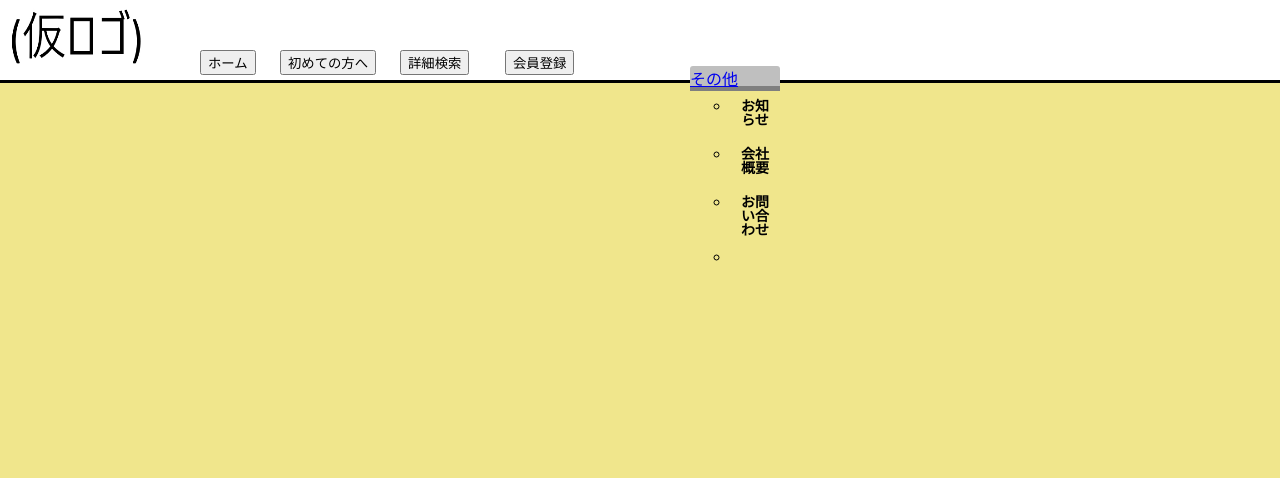
Repository: k0816/backup-master
Page: http://localhost/cycle/includeHeader.jsp
These files come from the project's save history. The page is drawn as it stood at one moment and after the next save; the edit follows.
The browser window is 1280 px wide. The pictures show the whole page.
The page is served by Tomcat 9.

Above is the page before, as saved 2018-01-18 05:10:16.

After the next save:
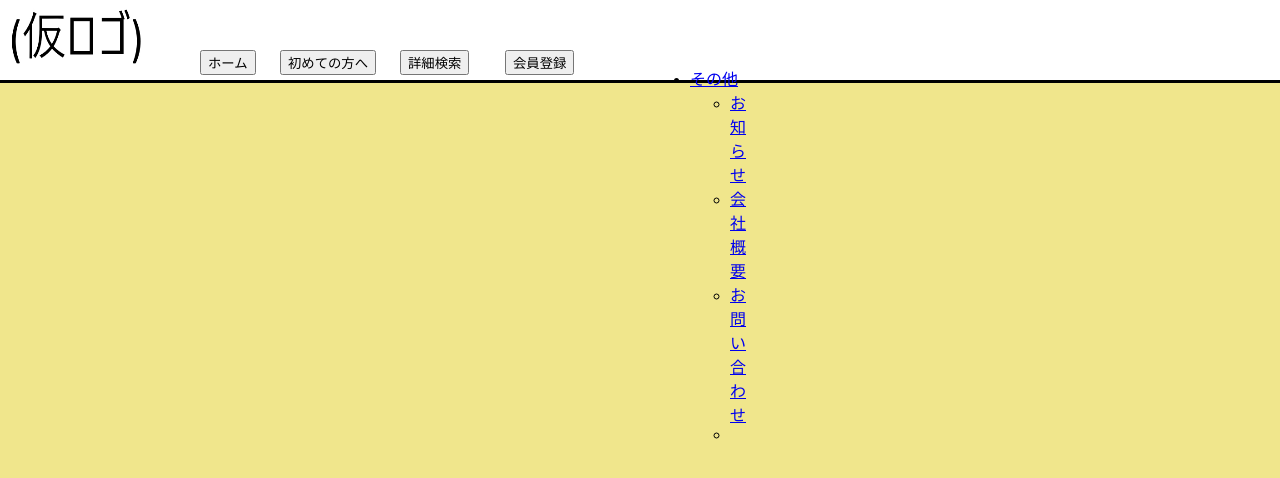
Saved 36 s later.
--- a/cycle/WebContent/includeHeader.jsp
+++ b/cycle/WebContent/includeHeader.jsp
@@ -218,7 +218,7 @@ body {
 			</div>
 
 			<ul id="other">
-				<li id="dropmenu"><a href="#">その他</a>
+				<li class="dropmenu"><a href="#">その他</a>
 					<ul>
 						<li><a href="ToNewUserAction">お知らせ</a></li>
 						<li><a href="#">会社概要</a></li>
